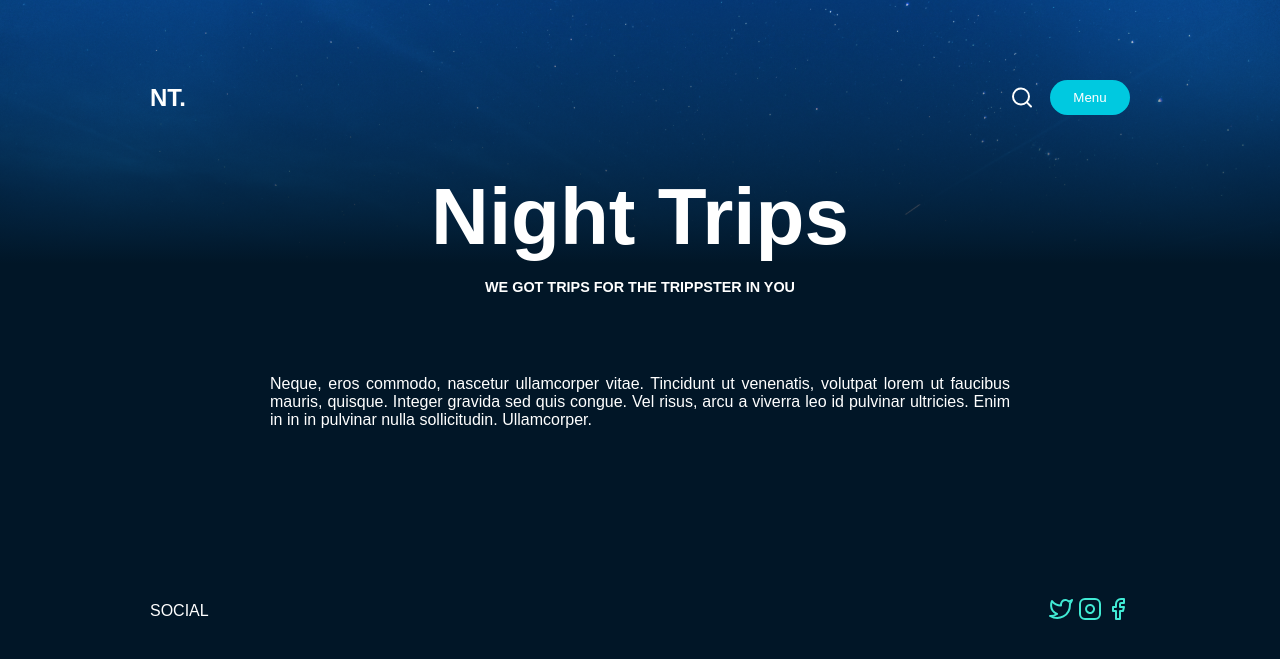
Repository: Silva-jr/night-trip
Page: index.html
An editor plug-in stored every save of this project. The page is shown before and after a run of saves, followed by the edit.
The browser window is 1280 px wide. The pictures show the whole page.

Above is the page before, as saved 2021-07-21 00:03:25.

### index.html
<!DOCTYPE html>
<html lang="en">

    <head>
        <meta charset="UTF-8">
        <meta http-equiv="X-UA-Compatible" content="IE=edge">
        <meta name="viewport" content="width=device-width, initial-scale=1.0">
        <link rel="stylesheet" href="style/style.css">
        <title>Document</title>
    </head>

    <body>
        <div class="container">
            <section class="app-content">
                <header class="header">
                    <div class="logo">
                        <h1>NT.</h1>
                    </div>
                    <div class="menu">
                        <img src="./assets/search 1.svg" alt="">
                        <button>Menu</button>
                    </div>
                </header>
                <main class="main">
                    <div class="title">
                        <h1>Night Trips</h1>
                        <h3>WE GOT TRIPS FOR THE TRIPPSTER IN YOU</h3>
                    </div>
                    <div class="subtitle">
                        <div class="teste">
                            <p>Neque, eros commodo, nascetur ullamcorper vitae. Tincidunt ut venenatis, volutpat lorem
                                ut
                                faucibus mauris, quisque. Integer gravida sed quis congue. Vel risus, arcu a viverra leo
                                id
                                pulvinar ultricies. Enim in in in pulvinar nulla sollicitudin. Ullamcorper.</p>
                        </div>

                    </div>
                </main>
                <div class="social-items">
                    <div>
                        <p>Social</p>
                    </div>
                    <div>
                        <img src="./assets/twitter 1.svg" alt="">
                        <img src="./assets/instagram 1.svg" alt="">
                        <img src="/assets/facebook 1.svg" alt="">
                    </div>
                </div>
            </section>
        </div>
    </body>

</html>

### style/style.css
* {
    box-sizing: border-box;
    margin    : 0;
    padding   : 0;
}

html {
    height    : 100%;
    /* fix height to 100% for IE */
    max-height: 100%;
    /* fix height for other browsers */
    /*overflow:hidden; /*get rid of scroll bars in IE */
    overflow-x: hidden;
    transition: 0.3s;
}

html,
body {
    scroll-behavior: smooth;
    height         : 100%;
    max-height     : 100%;
    height         : 100vh;
    font-family    : "Roboto", sans-serif;
}

body {
    overflow               : hidden;
    font-family            : "Poppins", sans-serif;
    background-color       : var(--background-color);
    -webkit-font-smoothing : antialiased;
    -moz-osx-font-smoothing: grayscale;
}

a {
    text-decoration: none;
}

.container {

    background-image: linear-gradient(rgba(1, 22, 39, 0) 0%, #011627 36.64%, #011627 50%), url("../assets/back2.png");
    height          : 100vh;
    background-size: cover;
}

.app-content {
    width    : 100%;
    margin   : 0 auto;
    max-width: 1140px;
    padding  : 5rem;
}

.header {
    width          : 100%;
    height         : auto;
    display        : flex;
    align-items    : center;
    justify-content: space-between;
}

.logo {
    color: #fff;
}

.menu {
    display: flex;
}

.menu img {
    margin-right: 1rem;
}

.menu button {
    background-color: #00C9E0;
    color           : #fff;
    border          : none;
    width           : 5rem;
    height          : 2.2rem;
    border-radius   : 4rem;
    cursor          : pointer;
}

.main {
    width     : 100%;
    color     : white;
    display   : block;
    text-align: center;
    padding   : 3.5rem;
}

.title {
    width      : 100%;
    align-items: center;
}

.title h1 {
    font-size: 5rem;
}

.title h3 {
    font-size: .9rem;
    padding  : 1rem;
}

.subtitle {
    width      : 100%;
    align-items: center;
    padding    : 4rem;
}

.teste {
    text-align     : center;
    align-items    : center;
    justify-items  : center;
    justify-content: center;
    text-align     : justify;
}

.social-items {
    width          : 100%;
    height         : auto;
    display        : flex;
    align-items    : center;
    justify-content: space-between;
    padding        : 3rem 0;
    color          : #fff;
    text-transform : uppercase;
}

After the next 3 saves:
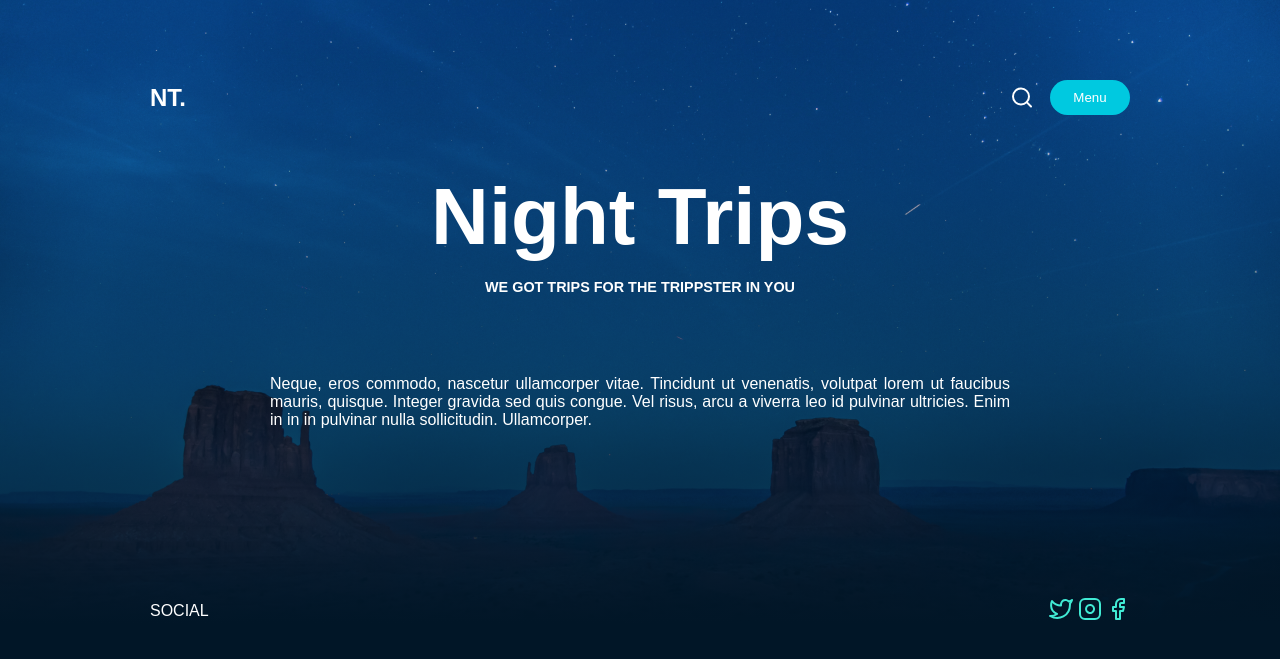
The 3 saves are shown as one change because they came seconds apart.
The last was saved 13 s later.
--- a/style/style.css
+++ b/style/style.css
@@ -37,7 +37,7 @@ a {
 
 .container {
 
-    background-image: linear-gradient(rgba(1, 22, 39, 0) 0%, #011627 36.64%, #011627 50%), url("../assets/back2.png");
+    background-image: linear-gradient(rgba(1, 22, 39, 0) 0%, #011627 86.64%, #011627 100%), url("../assets/back2.png");
     height          : 100vh;
     background-size: cover;
 }
